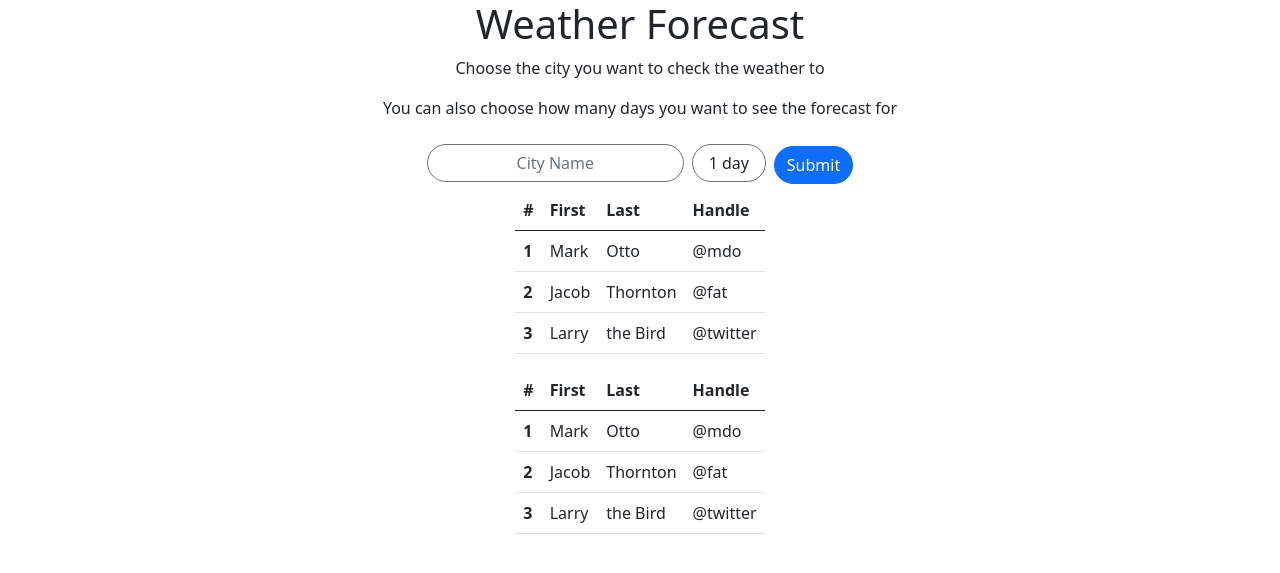
Repository: DimitrisDoxopoulos/my-own-weather-app
Page: /
These files come from the project's save history. The page is drawn as it stood at one moment and after the next save; the edit follows.
The browser window is 1280 px wide. The pictures show the whole page.
The project was rebuilt for these pictures with package versions that can differ from the ones it lists, and the page was loaded fresh each time.

Above is the page before, as saved 2021-06-03 19:55:26.

### src/App.js
import './App.css';

/*--------------- Importing Components ------------------- */
import Wrapper from './components/Wrapper'
import Header from './components/Header'
import Tagline from './components/Tagline'
import Form from './components/Form'
import WeatherForecast from './components/WeatherForecast';
/*--------------- Importing Components ------------------- */

function App() {
  return (
    <div className="App">
      <Wrapper>
        <Header />
        <Tagline />
        <Form />
        <WeatherForecast />
      </Wrapper>
    </div>
  );
}

export default App;

### src/App.css
.App {
  /* text-align: center; */
}

.App-logo {
  height: 40vmin;
  pointer-events: none;
}

.App-header {
  background-color: #282c34;
  min-height: 100vh;
  display: flex;
  flex-direction: column;
  align-items: center;
  justify-content: center;
  font-size: calc(10px + 2vmin);
  color: white;
}

.App-link {
  color: #61dafb;
}

### src/components/Wrapper.js
import React from 'react';

const Wrapper = (props) => {
    return(
    <div className='container d-flex flex-column justify-content-center align-items-center'>
        { props.children }
    </div>
    )
}

export default Wrapper;

### src/components/Header.js
import React from 'react'

const Header = () => {
    return (
        <div className="">
            <h1 className="">Weather Forecast</h1>
        </div>
    )
}

export default Header

### src/components/Tagline.js
import React from 'react'

const Tagline = () => {
    return (
        <div className="text-center">
            <p>Choose the city you want to check the weather to</p>
            <p>You can also choose how many days you want to see the forecast for</p>
        </div>
    )
}

export default Tagline

### src/components/Form.js
import React from 'react'

const Form = () => {
    return (
        <div>
            <form className="d-flex align-items-center">
                <div className="form-group">
                    <input type="text" className="form-control border-secondary rounded-pill text-center" id="exampleFormControlInput1" placeholder="City Name" />
                </div>
                <div className="form-group d-flex p-2">
                    <select className="form-control border-secondary rounded-pill text-center" id="exampleFormControlSelect1" placeholder="How many days?">
                        <option value="1">1 day</option>
                        <option value="2">2 days</option>
                        <option value="3">3 days</option>
                        <option value="4">4 days</option>
                        <option value="5">5 days</option>
                    </select>
                </div>
                <input className="btn btn-primary mt-1 rounded-pill" type="submit" value="Submit" />
            </form>
        </div>
    )
}

export default Form

### src/components/WeatherForecast.js
import React from 'react'

const WeatherForecast = () => {
    return (
        <div>
            <table class="table">
                <thead class="thead-dark">
                    <tr>
                    <th scope="col">#</th>
                    <th scope="col">First</th>
                    <th scope="col">Last</th>
                    <th scope="col">Handle</th>
                    </tr>
                </thead>
                <tbody>
                    <tr>
                    <th scope="row">1</th>
                    <td>Mark</td>
                    <td>Otto</td>
                    <td>@mdo</td>
                    </tr>
                    <tr>
                    <th scope="row">2</th>
                    <td>Jacob</td>
                    <td>Thornton</td>
                    <td>@fat</td>
                    </tr>
                    <tr>
                    <th scope="row">3</th>
                    <td>Larry</td>
                    <td>the Bird</td>
                    <td>@twitter</td>
                    </tr>
                </tbody>
                </table>

                <table class="table">
                <thead class="thead-light">
                    <tr>
                    <th scope="col">#</th>
                    <th scope="col">First</th>
                    <th scope="col">Last</th>
                    <th scope="col">Handle</th>
                    </tr>
                </thead>
                <tbody>
                    <tr>
                    <th scope="row">1</th>
                    <td>Mark</td>
                    <td>Otto</td>
                    <td>@mdo</td>
                    </tr>
                    <tr>
                    <th scope="row">2</th>
                    <td>Jacob</td>
                    <td>Thornton</td>
                    <td>@fat</td>
                    </tr>
                    <tr>
                    <th scope="row">3</th>
                    <td>Larry</td>
                    <td>the Bird</td>
                    <td>@twitter</td>
                    </tr>
                </tbody>
            </table>
        </div>
    )
}

export default WeatherForecast

Loaded but not shown: public/index.html (common file); src/index.js (common file); src/index.css (common file); src/reportWebVitals.js (common file)

After the next save:
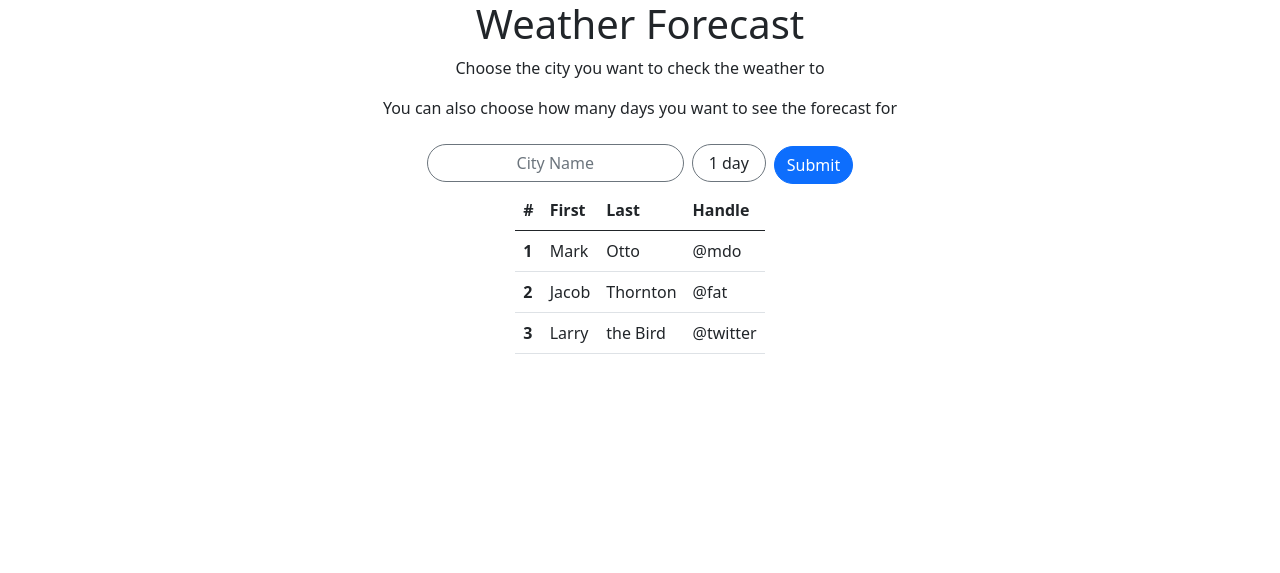
Saved 29 s later.
--- a/src/components/WeatherForecast.js
+++ b/src/components/WeatherForecast.js
@@ -32,37 +32,6 @@ const WeatherForecast = () => {
                     <td>@twitter</td>
                     </tr>
                 </tbody>
-                </table>
-
-                <table class="table">
-                <thead class="thead-light">
-                    <tr>
-                    <th scope="col">#</th>
-                    <th scope="col">First</th>
-                    <th scope="col">Last</th>
-                    <th scope="col">Handle</th>
-                    </tr>
-                </thead>
-                <tbody>
-                    <tr>
-                    <th scope="row">1</th>
-                    <td>Mark</td>
-                    <td>Otto</td>
-                    <td>@mdo</td>
-                    </tr>
-                    <tr>
-                    <th scope="row">2</th>
-                    <td>Jacob</td>
-                    <td>Thornton</td>
-                    <td>@fat</td>
-                    </tr>
-                    <tr>
-                    <th scope="row">3</th>
-                    <td>Larry</td>
-                    <td>the Bird</td>
-                    <td>@twitter</td>
-                    </tr>
-                </tbody>
             </table>
         </div>
     )
